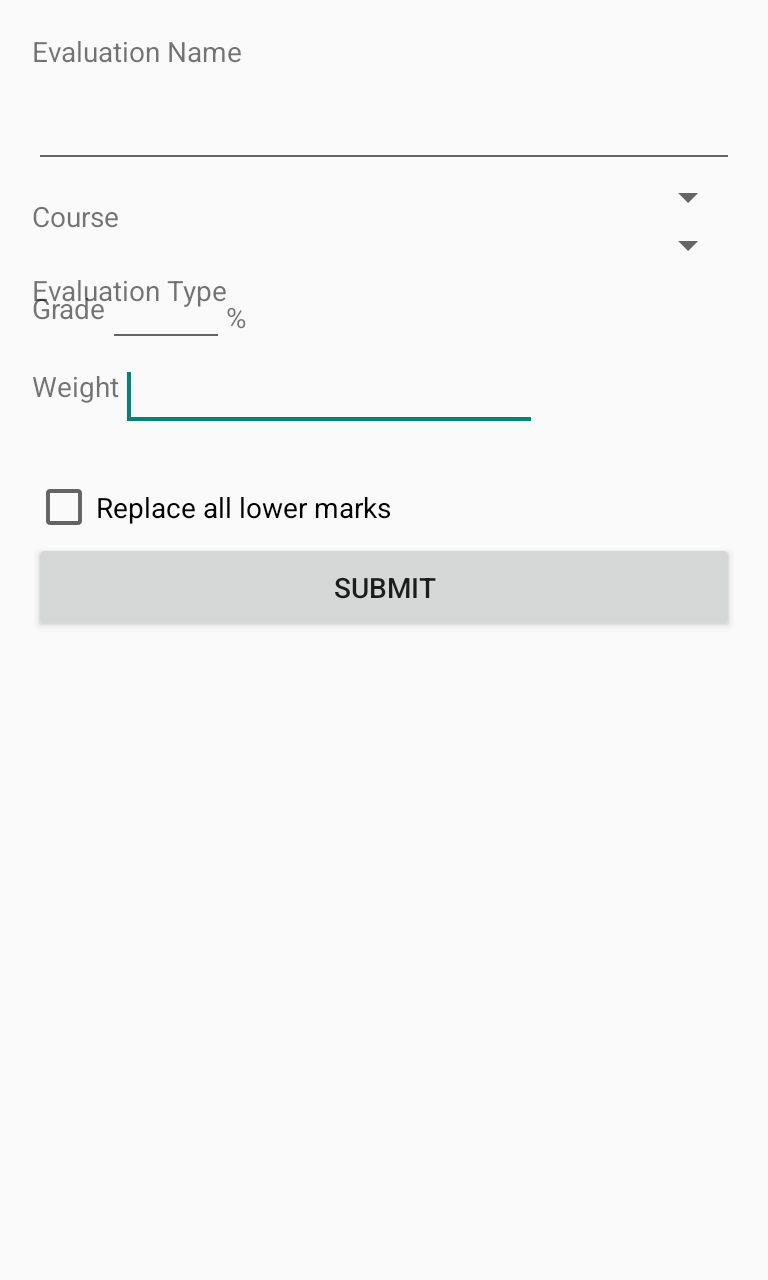
Repository: Tenergy05/GradePlanner
Layout: GradePlanner/res/layout/activity_add_mark.xml
The author's editor kept a copy of each file at every save. The layout is drawn from the files as they stood at one save, then again after the next save.
It is drawn on a 768 x 1280 px phone screen (xhdpi) without system bars, with theme AppTheme; the app's code is not run.

Above is the layout before, as saved 2014-12-30 21:45:12.

### GradePlanner/res/layout/activity_add_mark.xml
<RelativeLayout xmlns:android="http://schemas.android.com/apk/res/android"
    xmlns:tools="http://schemas.android.com/tools"
    android:layout_width="match_parent"
    android:layout_height="match_parent"
    android:paddingBottom="@dimen/activity_vertical_margin"
    android:paddingLeft="@dimen/activity_horizontal_margin"
    android:paddingRight="@dimen/activity_horizontal_margin"
    android:paddingTop="@dimen/activity_vertical_margin"
    tools:context="com.example.gradeplanner.AddMarkActivity" >

    <TextView
        android:id="@+id/textView1"
        android:layout_width="wrap_content"
        android:layout_height="wrap_content"
        android:text="@string/eval_name" />

    <EditText
        android:id="@+id/editText1"
        android:layout_width="wrap_content"
        android:layout_height="wrap_content"
        android:layout_alignLeft="@+id/textView1"
        android:layout_alignParentRight="true"
        android:layout_below="@+id/textView1"
        android:layout_marginTop="10dp"
        android:inputType="text"
        android:ems="10" />

    <TextView
        android:id="@+id/textView2"
        android:layout_width="wrap_content"
        android:layout_height="wrap_content"
        android:layout_alignLeft="@+id/editText1"
        android:layout_below="@+id/editText1"
        android:layout_marginTop="12dp"
        android:text="@string/course" />

    <Spinner
        android:id="@+id/spinner1"
        android:layout_width="wrap_content"
        android:layout_height="wrap_content"
        android:layout_alignRight="@+id/editText1"
        android:layout_below="@+id/editText1"
        android:layout_toRightOf="@+id/textView2" />

    <TextView
        android:id="@+id/textView3"
        android:layout_width="wrap_content"
        android:layout_height="wrap_content"
        android:layout_alignLeft="@+id/textView2"
        android:layout_below="@+id/textView2"
        android:layout_marginTop="18dp"
        android:text="@string/eval_type" />

    <Spinner
        android:id="@+id/spinner2"
        android:layout_width="wrap_content"
        android:layout_height="wrap_content"
        android:layout_alignParentLeft="true"
        android:layout_alignParentRight="true"
        android:layout_below="@+id/spinner1" />

    <TextView
        android:id="@+id/textView4"
        android:layout_width="wrap_content"
        android:layout_height="wrap_content"
        android:layout_alignLeft="@+id/spinner2"
        android:layout_below="@+id/spinner2"
        android:layout_marginTop="10dp"
        android:text="@string/grade" />

    <EditText
        android:id="@+id/editText2"
        android:width="60dp"
        android:layout_width="wrap_content"
        android:layout_height="wrap_content"
        android:layout_toRightOf="@+id/textView4"
        android:layout_below="@+id/spinner2"
        android:ems="10"
        android:maxLength="3"
        android:inputType="number" />

    <TextView
        android:id="@+id/textView5"
        android:layout_width="wrap_content"
        android:layout_height="wrap_content"
        android:layout_alignLeft="@+id/textView4"
        android:layout_below="@+id/textView4"
        android:layout_marginTop="20dp"
        android:text="@string/weight" />

    <EditText
        android:id="@+id/editText3"
        android:layout_width="wrap_content"
        android:layout_height="wrap_content"
        android:layout_below="@+id/editText2"
        android:layout_toRightOf="@+id/textView5"
        android:ems="10"
        android:inputType="number" >

        <requestFocus />
    </EditText>

    <CheckBox
        android:id="@+id/checkBox1"
        android:layout_width="wrap_content"
        android:layout_height="wrap_content"
        android:layout_alignLeft="@+id/textView5"
        android:layout_below="@+id/editText3"
        android:layout_marginTop="20dp"
        android:text="@string/special_type" />

    <Button
        android:id="@+id/button1"
        android:layout_width="wrap_content"
        android:layout_height="wrap_content"
        android:layout_alignParentLeft="true"
        android:layout_alignParentRight="true"
        android:layout_below="@+id/checkBox1"
        android:text="@string/submit" />

    <TextView
        android:id="@+id/textView6"
        android:layout_width="wrap_content"
        android:layout_height="wrap_content"
        android:layout_alignBaseline="@+id/editText2"
        android:layout_alignBottom="@+id/editText2"
        android:layout_toRightOf="@+id/editText2"
        android:text="@string/percentage" />

</RelativeLayout>

### GradePlanner/res/values/strings.xml
<?xml version="1.0" encoding="utf-8"?>
<resources>

    <string name="app_name">Grade Planner</string>
    <string name="add_course">Add Course</string>
    <string name="course">Course</string>
    <string name="grade">Grade</string>
    <string name="goal">Goal</string>
    <string name="weight">Weight</string>
    <string name="action_settings">Settings</string>
    <string name="title_activity_add_course">Add Course</string>
    <string name="course_code">Course Code</string>
    <string name="grade_goal">Course Goal</string>
    <string name="add_mark">Add Mark</string>
    <string name="percentage">%</string>
    <string name="submit">Submit</string>
    <string name="title_activity_add_mark">Add Mark</string>
    <string name="eval_name">Evaluation Name</string>
    <string name="eval_type">Evaluation Type</string>
    <string name="special_type">Replace all lower marks</string>

</resources>

Loaded but not shown: GradePlanner/res/values/styles.xml (common file); GradePlanner/res/values-v11/styles.xml (common file); GradePlanner/res/values-v14/styles.xml (common file); GradePlanner/res/values/dimens.xml (common file); GradePlanner/res/values-w820dp/dimens.xml (common file)

After the next save:
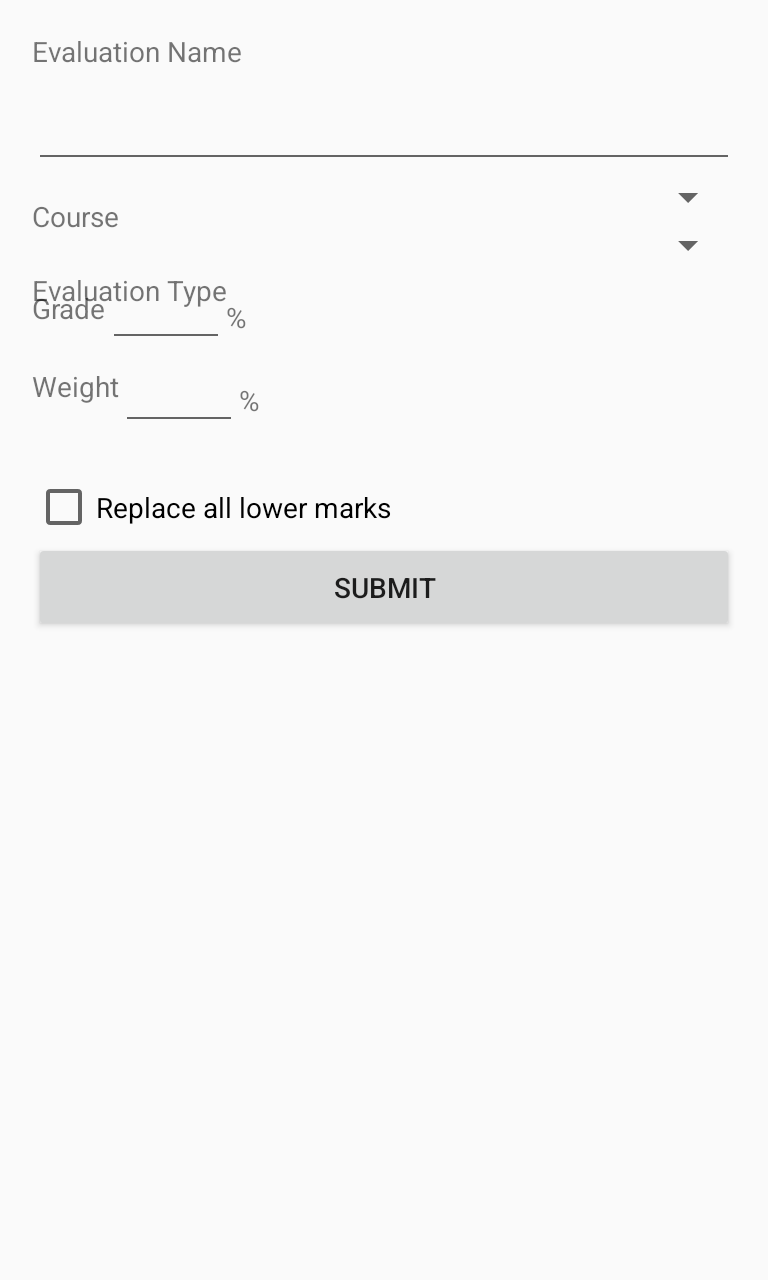
Saved 2 min 56 s later.
--- a/GradePlanner/res/layout/activity_add_mark.xml
+++ b/GradePlanner/res/layout/activity_add_mark.xml
@@ -80,6 +80,15 @@
         android:inputType="number" />
 
     <TextView
+        android:id="@+id/textView6"
+        android:layout_width="wrap_content"
+        android:layout_height="wrap_content"
+        android:layout_alignBaseline="@+id/editText2"
+        android:layout_alignBottom="@+id/editText2"
+        android:layout_toRightOf="@+id/editText2"
+        android:text="@string/percentage" />
+
+    <TextView
         android:id="@+id/textView5"
         android:layout_width="wrap_content"
         android:layout_height="wrap_content"
@@ -94,11 +103,21 @@
         android:layout_height="wrap_content"
         android:layout_below="@+id/editText2"
         android:layout_toRightOf="@+id/textView5"
+        android:width="60dp"
+        android:maxLength="3"
         android:ems="10"
-        android:inputType="number" >
+        android:inputType="number" />
 
-        <requestFocus />
-    </EditText>
+
+    <TextView
+        android:id="@+id/textView7"
+        android:layout_width="wrap_content"
+        android:layout_height="wrap_content"
+        android:layout_alignBaseline="@+id/editText3"
+        android:layout_alignBottom="@+id/editText3"
+        android:layout_toRightOf="@+id/editText3"
+        android:text="@string/percentage" />
+
 
     <CheckBox
         android:id="@+id/checkBox1"
@@ -118,13 +137,5 @@
         android:layout_below="@+id/checkBox1"
         android:text="@string/submit" />
 
-    <TextView
-        android:id="@+id/textView6"
-        android:layout_width="wrap_content"
-        android:layout_height="wrap_content"
-        android:layout_alignBaseline="@+id/editText2"
-        android:layout_alignBottom="@+id/editText2"
-        android:layout_toRightOf="@+id/editText2"
-        android:text="@string/percentage" />
 
 </RelativeLayout>
